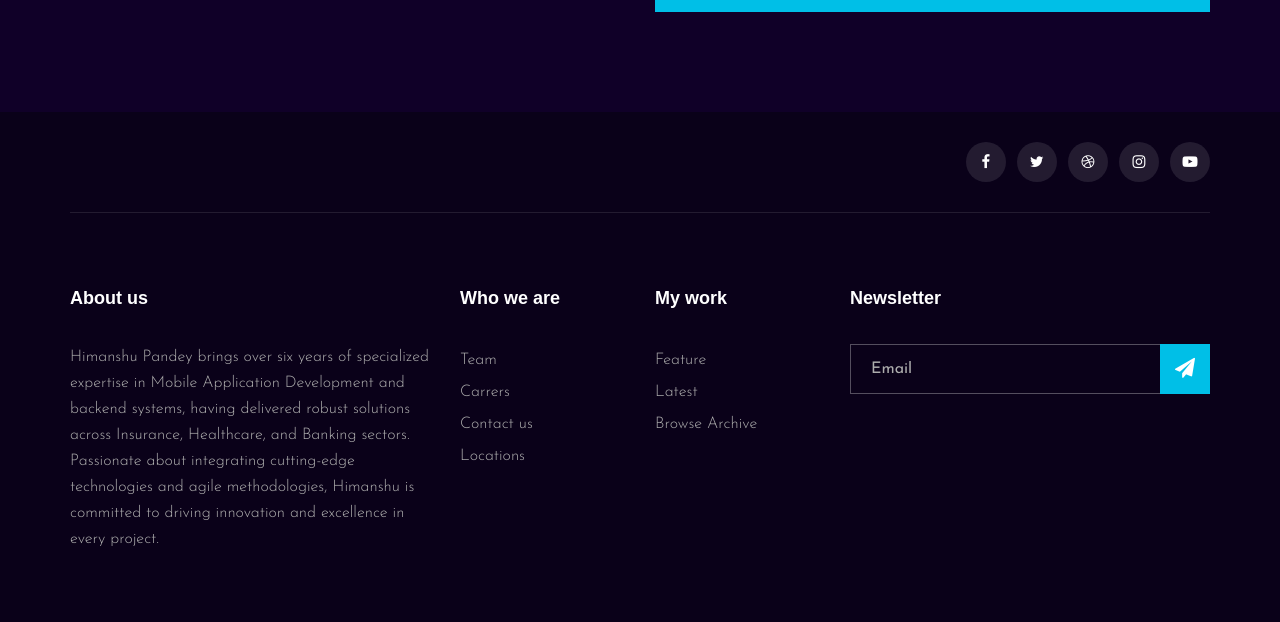
Repository: codexshot/himanshu-portfolio.io
Page: contact.html
The author's editor kept a copy of each file at every save. The page is drawn from the files as they stood at one save, then again after the next save.
The browser window is 1280 px wide. The pictures show the part of the page from y = 1095 to 1717 px (the page is 1717 px tall).
Some web fonts or font styles are not loaded; a fallback is used.

Above is the page before, as saved 2024-04-14 19:06:30.

### contact.html
<!DOCTYPE html>
<html lang="zxx">

<head>
    <meta charset="UTF-8">
    <meta name="description" content="Videograph Template">
    <meta name="keywords" content="Videograph, unica, creative, html">
    <meta name="viewport" content="width=device-width, initial-scale=1.0">
    <meta http-equiv="X-UA-Compatible" content="ie=edge">
    <title>Videograph | Template</title>

    <!-- Google Font -->
    <link href="https://fonts.googleapis.com/css2?family=Play:wght@400;700&display=swap" rel="stylesheet">
    <link href="https://fonts.googleapis.com/css2?family=Josefin+Sans:wght@300;400;500;600;700&display=swap"
        rel="stylesheet">

    <!-- Css Styles -->
    <link rel="stylesheet" href="css/bootstrap.min.css" type="text/css">
    <link rel="stylesheet" href="css/font-awesome.min.css" type="text/css">
    <link rel="stylesheet" href="css/elegant-icons.css" type="text/css">
    <link rel="stylesheet" href="css/owl.carousel.min.css" type="text/css">
    <link rel="stylesheet" href="css/magnific-popup.css" type="text/css">
    <link rel="stylesheet" href="css/slicknav.min.css" type="text/css">
    <link rel="stylesheet" href="css/style.css" type="text/css">
</head>

<body>
    <!-- Page Preloder -->
    <div id="preloder">
        <div class="loader"></div>
    </div>

    <!-- Header Section Begin -->
    <header class="header">
        <div class="container">
            <div class="row">
                <div class="col-lg-2">
                    <div class="header__logo">
                        <h4 style="color: aliceblue;">Himanshu's Portfolio</h4>
                    </div>
                </div>
                <div class="col-lg-10">l̥
                    <div class="header__nav__option">
                        <nav class="header__nav__menu mobile-menu">
                            <ul>
                                <li class="active"><a href="./index.html">Home</a></li>
                                <li><a href="./about.html">About</a></li>

                                <li><a href="./services.html">Services</a></li>
                                <li><a href="./contact.html">Contact</a></li>
                            </ul>
                        </nav>
                        <div class="header__nav__social">
                            <a href="#"><i class="fa fa-facebook"></i></a>
                            <a href="#"><i class="fa fa-twitter"></i></a>
                            <a href="#"><i class="fa fa-dribbble"></i></a>
                            <a href="#"><i class="fa fa-instagram"></i></a>
                            <a href="#"><i class="fa fa-youtube-play"></i></a>
                        </div>
                    </div>
                </div>
            </div>
            <div id="mobile-menu-wrap"></div>
        </div>
    </header>
    <!-- Header End -->

    <!-- Breadcrumb Begin -->
    <div class="breadcrumb-option spad set-bg" data-setbg="img/breadcrumb-bg.jpg">
        <div class="container">
            <div class="row">
                <div class="col-lg-12 text-center">
                    <div class="breadcrumb__text">
                        <h2>Contact Detail</h2>
                        <div class="breadcrumb__links">
                            <a href="#">Home</a>
                            <span>Contact</span>
                        </div>
                    </div>
                </div>
            </div>
        </div>
    </div>
    <!-- Breadcrumb End -->

    <!-- Contact Widget Section Begin -->
    <section class="contact-widget spad">
        <div class="container">
            <div class="row">
                <div class="col-lg-4 col-md-6 col-md-6 col-md-3">
                    <div class="contact__widget__item">
                        <div class="contact__widget__item__icon">
                            <i class="fa fa-map-marker"></i>
                        </div>
                        <div class="contact__widget__item__text">
                            <h4>Address</h4>
                            <p>Bathurst St. Toronto Canada</p>
                        </div>
                    </div>
                </div>
                <div class="col-lg-4 col-md-6 col-md-6 col-md-3">
                    <div class="contact__widget__item">
                        <div class="contact__widget__item__icon">
                            <i class="fa fa-phone"></i>
                        </div>
                        <div class="contact__widget__item__text">
                            <h4>Hotline</h4>
                            <p>+1 647 839 9508</p>
                        </div>
                    </div>
                </div>
                <div class="col-lg-4 col-md-6 col-md-6 col-md-3">
                    <div class="contact__widget__item">
                        <div class="contact__widget__item__icon">
                            <i class="fa fa-map-marker"></i>
                        </div>
                        <div class="contact__widget__item__text">
                            <h4>Email</h4>
                            <p>abhahim@gmail.com</p>
                        </div>
                    </div>
                </div>
            </div>
        </div>
    </section>
    <!-- Contact Widget Section End -->

    <!-- Call To Action Section Begin -->
    <section class="contact spad">
        <div class="container">
            <div class="row">
                <div class="col-lg-6 col-md-6">
                    <div class="contact__map">
                        <iframe
                        src="https://www.google.com/maps/embed?pb=!1m18!1m12!1m3!1d387190.2798902705!2d-79.347015!3d43.651070!2m3!1f0!2f0!3f0!3m2!1i1024!2i768!4f13.1!3m3!1m2!1s0x89d4cb90d7b6e35b:0x808f77d04f0bde21!2sToronto%2C%20ON%2C%20Canada!5e0!3m2!1sen!2sbd!4v1596152431947!5m2!1sen!2sbd"
                            height="450" style="border:0;"></iframe>
                    </div>
                </div>
                <div class="col-lg-6 col-md-6">
                    <div class="contact__form">
                        <h3>Get in touch</h3>
                        <form action="#">
                            <input type="text" placeholder="Name">
                            <input type="text" placeholder="Email">
                            <input type="text" placeholder="Website">
                            <textarea placeholder="Message"></textarea>
                            <button type="submit" class="site-btn">Send Message</button>
                        </form>
                    </div>
                </div>
            </div>
        </div>
    </section>
    <!-- Call To Action Section End -->

    <!-- Footer Section Begin -->
    <footer class="footer">
        <div class="container">
            <div class="footer__top">
                <div class="row">
                    <div class="col-lg-6 col-md-6">
                        <div class="footer__top__logo">

                        </div>
                    </div>
                    <div class="col-lg-6 col-md-6">
                        <div class="footer__top__social">
                            <a href="#"><i class="fa fa-facebook"></i></a>
                            <a href="#"><i class="fa fa-twitter"></i></a>
                            <a href="#"><i class="fa fa-dribbble"></i></a>
                            <a href="#"><i class="fa fa-instagram"></i></a>
                            <a href="#"><i class="fa fa-youtube-play"></i></a>
                        </div>
                    </div>
                </div>
            </div>
            <div class="footer__option">
                <div class="row">
                    <div class="col-lg-4 col-md-6">
                        <div class="footer__option__item">
                            <h5>About us</h5>
                            <p>Himanshu Pandey brings over six years of specialized expertise in Mobile Application Development and backend systems, having delivered robust solutions across Insurance, Healthcare, and Banking sectors. Passionate about integrating cutting-edge technologies and agile methodologies, Himanshu is committed to driving innovation and excellence in every project.</p>

                        </div>
                    </div>
                    <div class="col-lg-2 col-md-3">
                        <div class="footer__option__item">
                            <h5>Who we are</h5>
                            <ul>
                                <li><a href="#">Team</a></li>
                                <li><a href="#">Carrers</a></li>
                                <li><a href="#">Contact us</a></li>
                                <li><a href="#">Locations</a></li>
                            </ul>
                        </div>
                    </div>
                    <div class="col-lg-2 col-md-3">
                        <div class="footer__option__item">
                            <h5>My work</h5>
                            <ul>
                                <li><a href="#">Feature</a></li>
                                <li><a href="#">Latest</a></li>
                                <li><a href="#">Browse Archive</a></li>

                            </ul>
                        </div>
                    </div>
                    <div class="col-lg-4 col-md-12">
                        <div class="footer__option__item">
                            <h5>Newsletter</h5>
                            <!-- <p>Videoprah is an award-winning, full-service production company specializing.</p> -->
                            <form action="#">
                                <input type="text" placeholder="Email">
                                <button type="submit"><i class="fa fa-send"></i></button>
                            </form>
                        </div>
                    </div>
                </div>
            </div>

        </div>
    </footer>
    <!-- Footer Section End -->

    <!-- Js Plugins -->
    <script src="js/jquery-3.3.1.min.js"></script>
    <script src="js/bootstrap.min.js"></script>
    <script src="js/jquery.magnific-popup.min.js"></script>
    <script src="js/mixitup.min.js"></script>
    <script src="js/masonry.pkgd.min.js"></script>
    <script src="js/jquery.slicknav.js"></script>
    <script src="js/owl.carousel.min.js"></script>
    <script src="js/main.js"></script>
</body>

</html>

Loaded but not shown: css/bootstrap.min.css (library); css/font-awesome.min.css (library); css/owl.carousel.min.css (library); css/magnific-popup.css (library); css/slicknav.min.css (common file); js/jquery-3.3.1.min.js (library); js/bootstrap.min.js (library); js/jquery.magnific-popup.min.js (library); js/mixitup.min.js (library); js/masonry.pkgd.min.js (library); js/jquery.slicknav.js (library); js/owl.carousel.min.js (library); js/main.js (182 lines, source omitted); css/style.css (2339 lines, source omitted); css/elegant-icons.css (1157 lines, source omitted)

After the next save:
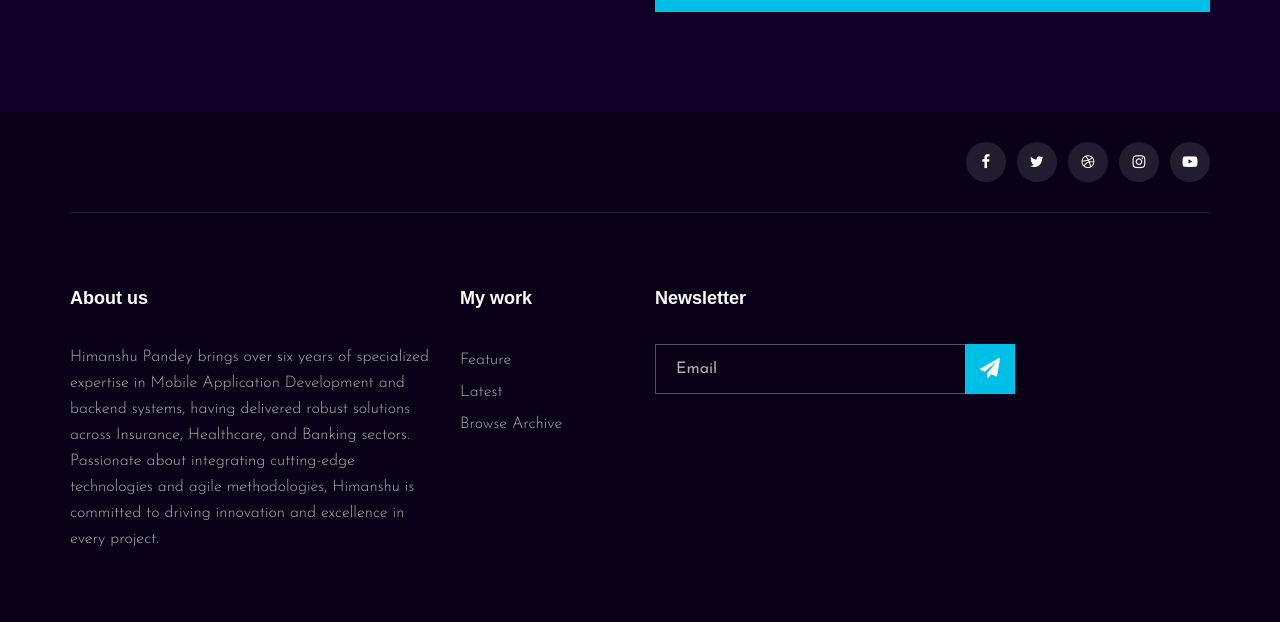
Saved 18 s later.
--- a/contact.html
+++ b/contact.html
@@ -183,17 +183,7 @@
 
                         </div>
                     </div>
-                    <div class="col-lg-2 col-md-3">
-                        <div class="footer__option__item">
-                            <h5>Who we are</h5>
-                            <ul>
-                                <li><a href="#">Team</a></li>
-                                <li><a href="#">Carrers</a></li>
-                                <li><a href="#">Contact us</a></li>
-                                <li><a href="#">Locations</a></li>
-                            </ul>
-                        </div>
-                    </div>
+
                     <div class="col-lg-2 col-md-3">
                         <div class="footer__option__item">
                             <h5>My work</h5>
